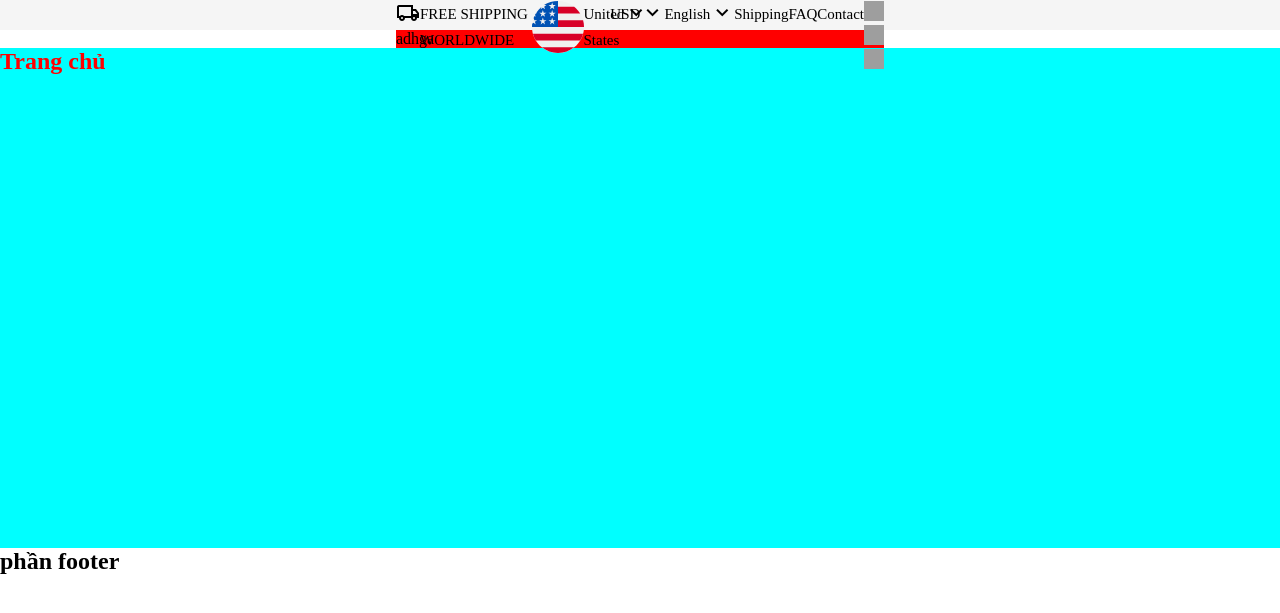
Repository: tatvanhco/shopper
Page: /
The author's editor kept a copy of each file at every save. The page is drawn from the files as they stood at one save, then again after the next save.
The browser window is 1280 px wide. The pictures show the whole page.
Pictures or frames that could not be fetched are drawn as grey boxes. The project was rebuilt for these pictures with package versions that can differ from the ones it lists, and the page was loaded fresh each time.

Above is the page before, as saved 2022-09-24 11:46:55.

After the next save:
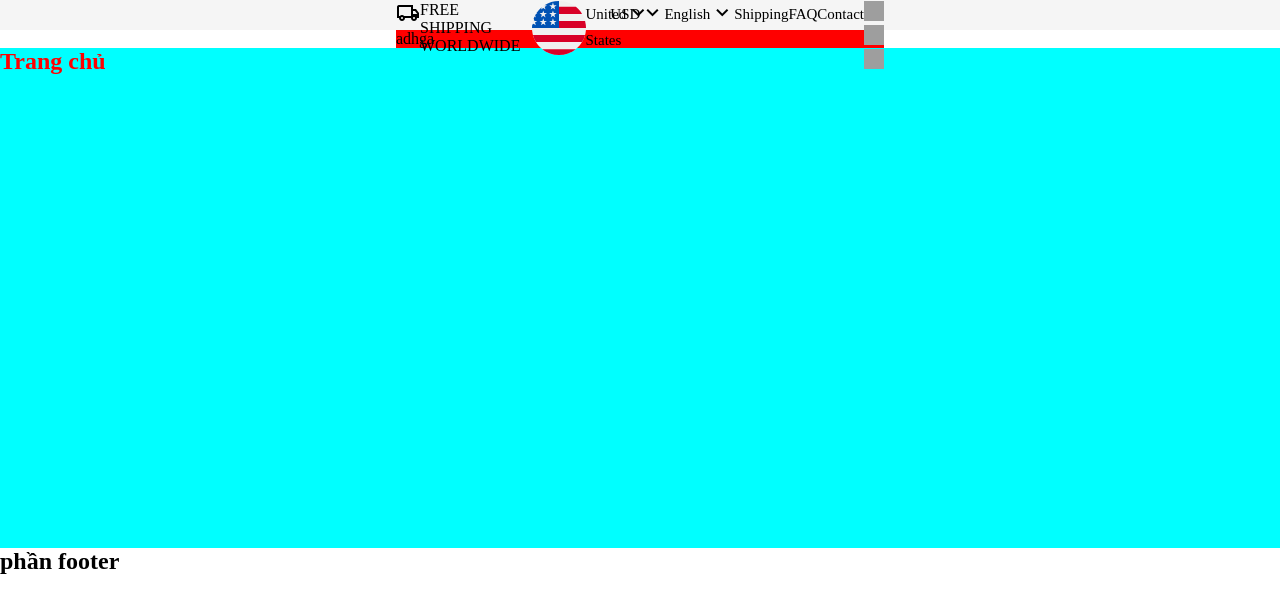
Saved 51 s later.
--- a/src/components/header/header.tsx
+++ b/src/components/header/header.tsx
@@ -14,7 +14,7 @@ function header() {
                                 <ul className={clsx('headerContactRightItems', 'ul', 'd-flex')}>
                                     <li className={clsx('headerContactRightItem', 'd-flex')}>
                                         <span className="material-symbols-outlined">local_shipping</span>
-                                        <p className={clsx('title')}>FREE SHIPPING WORLDWIDE</p>
+                                        <p className={clsx('title-ship')}>FREE SHIPPING WORLDWIDE</p>
                                     </li>
                                     <li className={clsx('headerContactRightItem', 'd-flex')}>
                                         <div className={clsx(styles.nation, 'd-flex')}>
